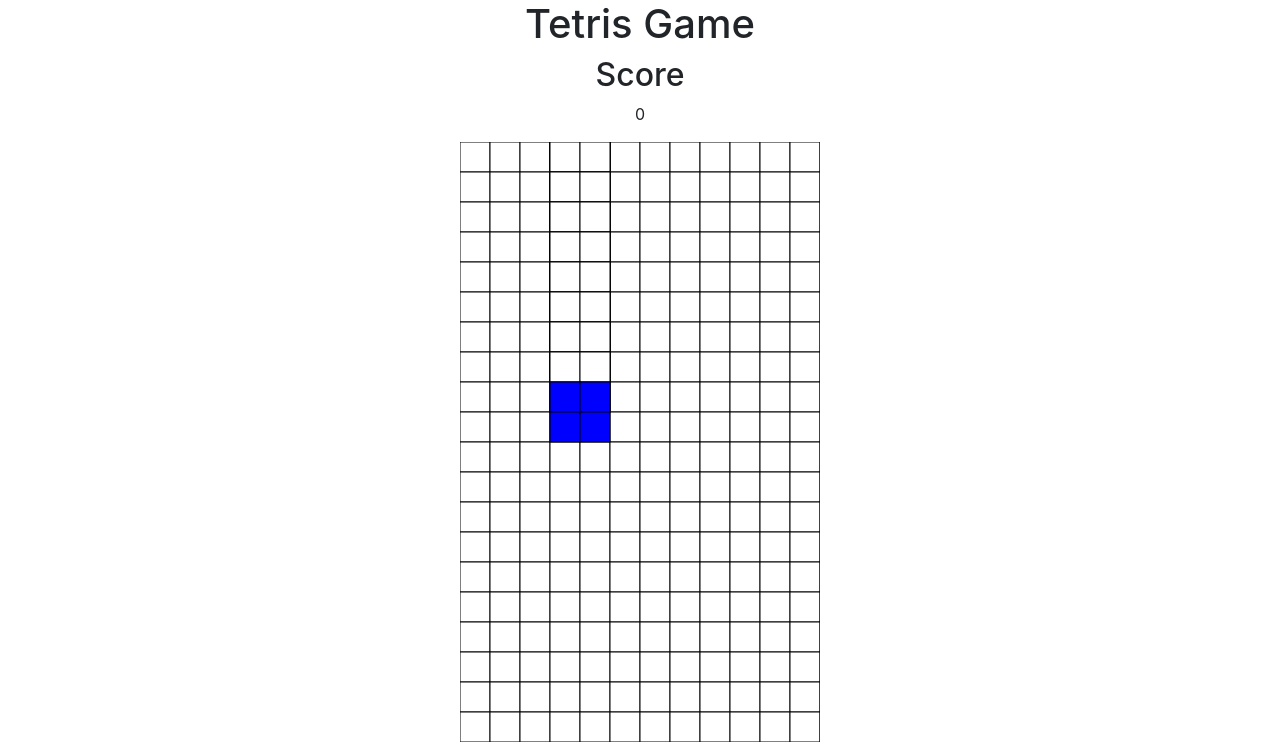
Repository: nlbien22/games
Page: Tetris/index.html
The author's editor kept a copy of each file at every save. The page is drawn from the files as they stood at one save, then again after a run of saves.
The browser window is 1280 px wide. The pictures show the whole page.

Above is the page before, as saved 2024-11-14 22:28:45.

### Tetris/index.html
<!DOCTYPE html>
<html lang="en">
<head>
    <meta charset="UTF-8">
    <meta name="viewport" content="width=device-width, initial-scale=1.0">
    <title>Tetris</title>
    <!-- boóttap -->
    <link rel="stylesheet" href="https://stackpath.bootstrapcdn.com/bootstrap/4.5.2/css/bootstrap.min.css">
</head>
<body>
    <h1 class="text-center">Tetris Game</h1>
    <div class="score-box text-center">
        <h2>Score</h2>
        <p id="score">0</p>
    </div>
    <div class="game text-center">
        <canvas id="tetris" width="360" height="600">
        </canvas>
    </div>
    <script src="shapes.js"></script>
    <script src="script.js"></script>
</body>
</html>

### Tetris/shapes.js
const I = [
    [
        [1, 1, 1, 1],
        [0, 0, 0, 0],
        [0, 0, 0, 0],
        [0, 0, 0, 0]
    ],
    [
        [0, 0, 1, 0],
        [0, 0, 1, 0],
        [0, 0, 1, 0],
        [0, 0, 1, 0]
    ],
    [
        [0, 0, 0, 0],
        [0, 0, 0, 0],
        [1, 1, 1, 1],
        [0, 0, 0, 0]
    ],
    [
        [0, 1, 0, 0],
        [0, 1, 0, 0],
        [0, 1, 0, 0],
        [0, 1, 0, 0]
    ],
];

const J = [
    [
        [1, 0, 0],
        [1, 1, 1],
        [0, 0, 0]
    ],
    [
        [0, 1, 1],
        [0, 1, 0],
        [0, 1, 0]
    ],
    [
        [0, 0, 0],
        [1, 1, 1],
        [0, 0, 1]
    ],
    [
        [0, 1, 0],
        [0, 1, 0],
        [1, 1, 0]
    ]
];

const L = [
    [
        [0, 0, 1],
        [1, 1, 1],
        [0, 0, 0]
    ],
    [
        [0, 1, 0],
        [0, 1, 0],
        [0, 1, 1]
    ],
    [
        [0, 0, 0],
        [1, 1, 1],
        [1, 0, 0]
    ],
    [
        [1, 1, 0],
        [0, 1, 0],
        [0, 1, 0]
    ]
];

const O = [
    [
        [1, 1],
        [1, 1]
    ]
];

const S = [
    [
        [0, 1, 1],
        [1, 1, 0],
        [0, 0, 0]
    ],
    [
        [0, 1, 0],
        [0, 1, 1],
        [0, 0, 1]
    ],
    [
        [0, 0, 0],
        [0, 1, 1],
        [1, 1, 0]
    ],
    [
        [1, 0, 0],
        [1, 1, 0],
        [0, 1, 0]
    ]
];

const T = [
    [
        [0, 1, 0],
        [1, 1, 1],
        [0, 0, 0]
    ],
    [
        [0, 1, 0],
        [0, 1, 1],
        [0, 1, 0]
    ],
    [
        [0, 0, 0],
        [1, 1, 1],
        [0, 1, 0]
    ],
    [
        [0, 1, 0],
        [1, 1, 0],
        [0, 1, 0]
    ]
];

const Z = [
    [
        [1, 1, 0],
        [0, 1, 1],
        [0, 0, 0]
    ],
    [
        [0, 0, 1],
        [0, 1, 1],
        [0, 1, 0]
    ],
    [
        [0, 0, 0],
        [1, 1, 0],
        [0, 1, 1]
    ],
    [
        [0, 1, 0],
        [1, 1, 0],
        [1, 0, 0]
    ]
];

const SHAPES = [I, J, L, O, S, T, Z];

### Tetris/script.js
const canvas = document.getElementById('tetris');
const context = canvas.getContext('2d');

const ROW = 20;
const COL = 15;
const SQ = 30;
const COLOR = 'WHITE';
let board = [];

function drawSquare(x, y, color) {
    context.fillStyle = color;
    context.fillRect(x * SQ, y * SQ, SQ, SQ);
    context.strokeStyle = 'BLACK';
    context.lineWidth = 1;
    context.strokeRect(x * SQ, y * SQ, SQ, SQ);
}


for (let r = 0; r < ROW; r++) {
    board[r] = [];
    for (let c = 0; c < COL; c++) {
        board[r][c] = COLOR;
    }
}

function drawBoard() {
    for (let r = 0; r < ROW; r++) {
        for (let c = 0; c < COL; c++) {
            drawSquare(c, r, board[r][c]);
            // break;
        }
    }
}

drawBoard();

class Piece {
    constructor(tetri, color) {
        this.tetri = tetri;
        this.color = color;
        this.tetriN = 0;
        this.activeTetri = this.tetri[this.tetriN];
        this.x = 3;
        this.y = -2;
    }

    fill(color) {
        for (let r = 0; r < this.activeTetri.length; r++) {
            for (let c = 0; c < this.activeTetri.length; c++) {
                if (this.activeTetri[r][c]) {
                    drawSquare(this.x + c, this.y + r, color);
                }
            }
        }
    }

    draw() {
        this.fill(this.color);
    }

    unDraw() {
        this.fill(COLOR);
    }

    moveDown() {
        if (!this.collision(0, 1, this.activeTetri)) {
            this.unDraw();
            this.y++;
            this.draw();
        } else {
            this.lock();
            p = randomPiece();
        }
    }

    moveRight() {
        if (!this.collision(1, 0, this.activeTetri)) {
            this.unDraw();
            this.x++;
            this.draw();
        }
    }

    moveLeft() {
        if (!this.collision(-1, 0, this.activeTetri)) {
            this.unDraw();
            this.x--;
            this.draw();
        }
    }

    rotate() {
        let nextPattern = this.tetri[(this.tetriN + 1) % this.tetri.length];
        let kick = 0;

        if (this.collision(0, 0, nextPattern)) {
            if (this.x > COL / 2) {
                kick = -1;
            } else {
                kick = 1;
            }
        }

        if (!this.collision(kick, 0, nextPattern)) {
            this.unDraw();
            this.x += kick;
            this.tetriN = (this.tetriN + 1) % this.tetri.length;
            this.activeTetri = this.tetri[this.tetriN];
            this.draw();
        }
    }

    collision(x, y, piece) {
        for (let r = 0; r < piece.length; r++) {
            for (let c = 0; c < piece.length; c++) {
                if (!piece[r][c]) {
                    continue;
                }

                let newX = this.x + c + x;
                let newY = this.y + r + y;

                console.log(newX, newY);


                if (newX < 0 || newX >= COL || newY >= ROW) {
                    return true;
                }

                if (newY < 0) {
                    continue;
                }

                if (board[newY][newX] !== COLOR) {
                    return true;
                }
            }
        }
        return false;
    }

    lock() {
        for (let r = 0; r < this.activeTetri.length; r++) {
            for (let c = 0; c < this.activeTetri.length; c++) {
                if (!this.activeTetri[r][c]) {
                    continue;
                }
                console.log(this.y + r);
                if (this.y + r < 0) {
                    alert('Game Over');
                    gameOver = true;
                    break;
                }

                board[this.y + r][this.x + c] = this.color;
            }
        }
    }
}

const PIECES = [
    [Z, 'red'],
    [S, 'green'],
    [T, 'yellow'],
    [O, 'blue'],
    [L, 'purple'],
    [I, 'cyan'],
    [J, 'orange']
];

let p = randomPiece();

function randomPiece() {
    let r = Math.floor(Math.random() * PIECES.length);
    return new Piece(PIECES[r][0], PIECES[r][1]);
}

document.addEventListener('keydown', function (e) {
    if (e.keyCode === 37) {
        p.moveLeft();
        dropStart = Date.now();
    } else if (e.keyCode === 38) {
        p.rotate();
        dropStart = Date.now();
    } else if (e.keyCode === 39) {
        p.moveRight();
        dropStart = Date.now();
    } else if (e.keyCode === 40) {
        p.moveDown();
    }
});

let gameOver = false;

function drop() {
    interval = setInterval(function () {
        if (!gameOver) {
            p.moveDown();
            console.log('drop');
        } else {
            clearInterval(interval);
        }
    }, 500);
}

drop();

After the next 3 saves:
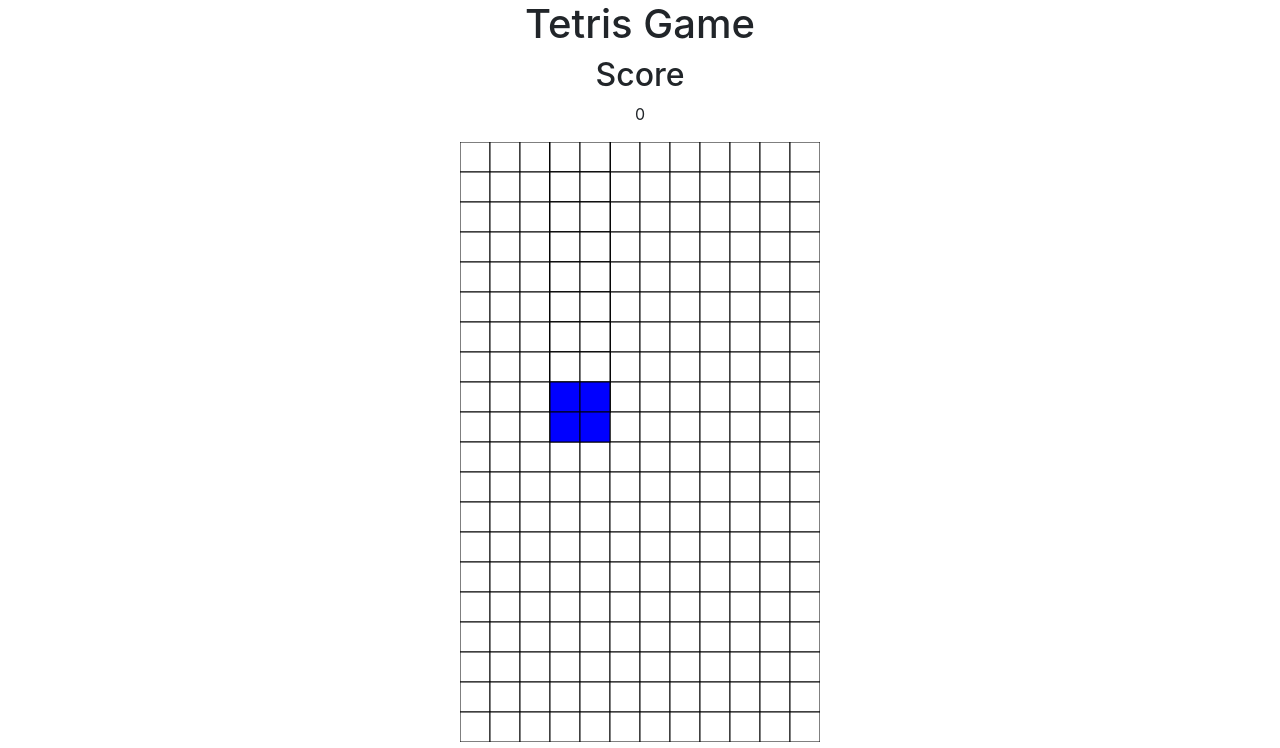
The 3 saves are shown as one change because they came seconds apart.
The last was saved 15 s later.
--- a/Tetris/script.js
+++ b/Tetris/script.js
@@ -2,7 +2,7 @@
 const context = canvas.getContext('2d');
 
 const ROW = 20;
-const COL = 15;
+const COL = 12;
 const SQ = 30;
 const COLOR = 'WHITE';
 let board = [];
